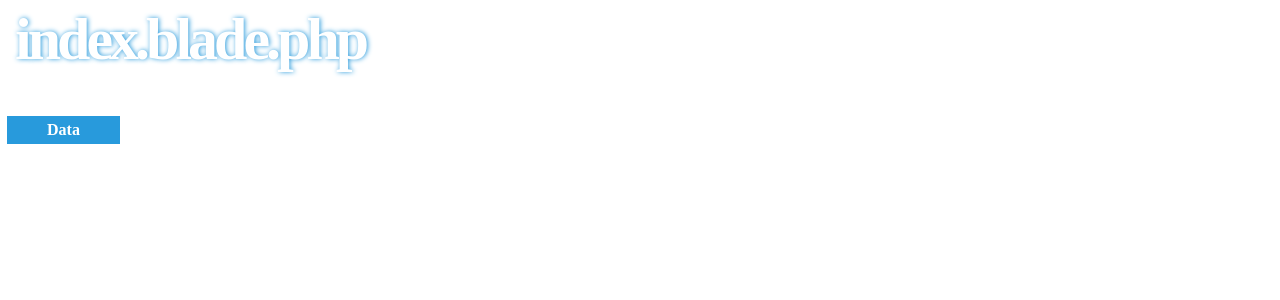
Repository: 1000sky/Laravel11
Page: http://localhost/
These files come from the project's save history. The page is drawn as it stood at one moment and after the next save; the edit follows.
The browser window is 1280 px wide. The pictures show the whole page.
The page is served by the project's Laravel application, run on PHP 8.4 with Laravel 8. Other server files are loaded and not shown. Queries for data that is not in the repository find no rows.

Above is the page before, as saved 2022-06-18 22:18:21.

### routes/web.php
<?php

use Illuminate\Support\Facades\Route;
use App\Http\Controllers\AuthorController;

/*
|--------------------------------------------------------------------------
| Web Routes
|--------------------------------------------------------------------------
|
| Here is where you can register web routes for your application. These
| routes are loaded by the RouteServiceProvider within a group which
| contains the "web" middleware group. Now create something great!
|
*/

/*Route::get('/', function () {
    return view('welcome');
});
*/
Route::get('/', [AuthorController::class, 'index']);
Route::get('/add', [AuthorController::class, 'add']);
Route::post('/add', [AuthorController::class, 'create']);
Route::get('/edit', [AuthorController::class, 'edit']);
Route::post('/edit', [AuthorController::class, 'update']);
Route::get('/delete', [AuthorController::class, 'delete']);
Route::post('/delete', [AuthorController::class, 'remove']);
Route::get('/', [AuthorController::class, 'index']);
Route::get('/find', [AuthorController::class, 'find']);
Route::post('/find', [AuthorController::class, 'search']);
Route::get('/author/{author}' , [AuthorController::class, 'bind']);
Route::get('/add', [AuthorController::class, 'add']);
Route::post('/add', [AuthorController::class, 'create']);

### app/Http/Controllers/AuthorController.php
<?php

namespace App\Http\Controllers;

use App\Models\Author;
use Illuminate\Http\Request;
use Illuminate\Support\Facades\DB;

class AuthorController extends Controller
/*DBクラス
{
    public function index()
    {
        $items = DB::select('select * from authors');
        return view('index', ['items' => $items]);
    }
    public function add()
    {
        return view('add');
    }
    public function create(Request $request)
    {
        $param = [
            'name' => $reauest->name,
            'age' => $reauest->age,
            'nationality' => $request->nationality,
        ];
        DB::insert('insert into authors (name, age, nationality) values (:name, :age, :nationality)', $param);
        return redirect('/');
    }

    public function edit(Request $request)
    {
        $param = ['id' => $request->id];
        $item = DB::select('select * from authors where id = :id', $param);
        return view('edit', ['form' => $item[0]]);
    }
    public function update(Request $request)
    {
        $param = [
            'id' => $reauest->id,
            'name' => $reauest->name,
            'age' => $reauest->age,
            'nationality' => $reauest->nationality,
        ];
        DB::update('update authors set name =:name, age =:age, nationality =:nationality');
    }
    public function delete(Request $request)
    {
        $param = ['id' => $request->id];
        $item = DB::select('select * from authors where id = :id', $param);
        return view('delete', ['form' => $item[0]]);
    }
    public function remove(Request $request)
    {
        $param = ['id' => $request->id];
        DB::delete('delete from authors where id =:id', $param);
        return redirect('/');
    }
}
*/
{
    public function index()
    {
        $items = DB::table('authors')->get();
        return view('index', ['items' => $items]);
    }
}





/*
{
    public function index()
    {
        $items = Author::all();
        return view('index', ['items' => $items]);
    }
}
    /*public function add()
    {
        return view('add');
    }
    public function find()
    {
        return view('find' , ['input' => '']);
    }
    public function search(Request $request)
    {
        $item = Author::where('name', 'LIKE', "%{$request->input}%")->first();
        $param = [
            'item' =>$item,
            'input' =>$request->input
        ];
        return view('find' , $param);
    }
    public function bind(Author $author)
    {
        $data = [
            'item' =>$author,
        ];
        return view('author.binds' , $data);
    }
    public function add()
    {
        return view('add');
    }
    public function create(Request $request)
    {
        $this->validate($request, Author::$rules);
        $form = $request->all();
        Author::create($form);
        return redirect('/');
    }

}

*/

### resources/views/index.blade.php
@extends('layouts.default')
<style>
    th {
        background-color: #289ADC;
        color: white;
        padding: 5px 40px;
    }
    tr:nth-child(odd) td{
        background-color: #FFFFFF;
    }
    td {
        padding: 25px 40px;
        background-color: #EEEEEE;
        text-align: center;
    }
</style>
@section('title', 'index.blade.php')

@section('content')
<table>
    <tr>
        <!-- <th>id</th>
        <th>name</th>
        <th>age</th>
        <th>nationality</th>-->
        <th>Data</th>
    </tr>
    @foreach ($items as $item)
    <tr>
        <!-- <td>
            {{$item->id}}
        </td>
        <td>
            {{$item->name}}
        </td>
        <td>
            {{$item->age}}
        </td>
        <td>
            {{$item->nationality}}
        </td>-->
        <td>
            {{$item->getDetail()}}
        </td>
    </tr>
    @endforeach
</table>
@endsection

### resources/views/layouts/default.blade.php
<!DOCTYPE html>
<html lang="ja">
<head>
    <meta charset="UTF-8">
    <meta http-equiv="X-UA-Compatible" content="IE=edge">
    <meta name="viewport" content="width=device-width, initial-scale=1.0">
    <title>@yield('title')</title>
    <style>
    body {
        font-size:16px;
        margin: 5px;
    }
    h1 {
        font-size:60px;
        color:white;
        text-shadow:1px 0 5px #289ADC;
        letter-spacing:-4px;
        margin-left:10px;
    }
    .contect {
        margin:10px;
    }
    </style>
</head>
<body>
    <h1>@yield('title')</h1>
    <div class="content">
        @yield('content')
    </div>
</body>
</html>

Loaded but not shown: app/Http/Controllers/Controller.php (common file)

After the next save:
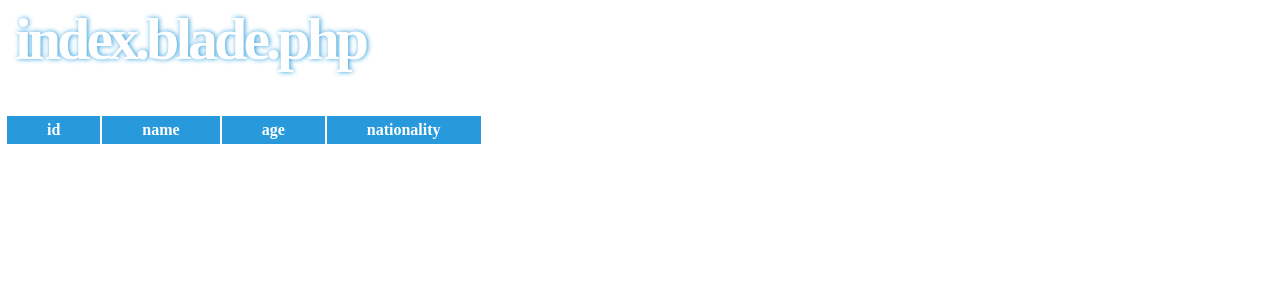
Saved 10 min 49 s later.
--- a/resources/views/index.blade.php
+++ b/resources/views/index.blade.php
@@ -19,15 +19,15 @@
 @section('content')
 <table>
     <tr>
-        <!-- <th>id</th>
+         <th>id</th>
         <th>name</th>
         <th>age</th>
-        <th>nationality</th>-->
-        <th>Data</th>
+        <th>nationality</th>
+        <!-- <th>Data</th> -->
     </tr>
     @foreach ($items as $item)
     <tr>
-        <!-- <td>
+        <td>
             {{$item->id}}
         </td>
         <td>
@@ -38,10 +38,10 @@
         </td>
         <td>
             {{$item->nationality}}
+        </td>
+        <!-- <td>
+            {{$item->getDetail()}}
         </td>-->
-        <td>
-            {{$item->getDetail()}}
-        </td>
     </tr>
     @endforeach
 </table>
